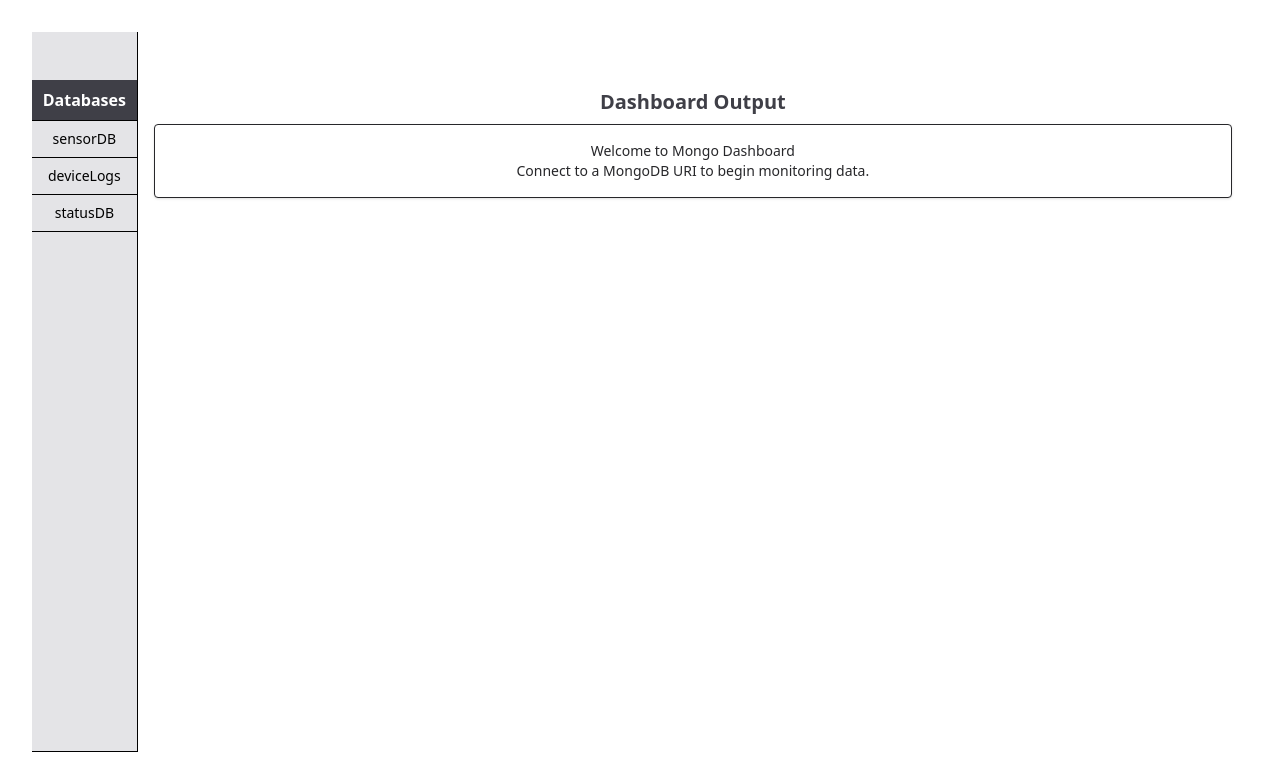
Repository: aryan151pratap/Dashboard
Page: / (app in frontened/)
An editor plug-in stored every save of this project. The page is shown before and after the next save, followed by the edit.
The browser window is 1280 px wide. The pictures show the whole page.
The project was rebuilt for these pictures with package versions that can differ from the ones it lists, and the page was loaded fresh each time. Also part of the build but not shown: frontened/vite.config.js, frontened/src/component/connect.jsx.

Above is the page before, as saved 2025-06-24 14:46:55.

After the next save:
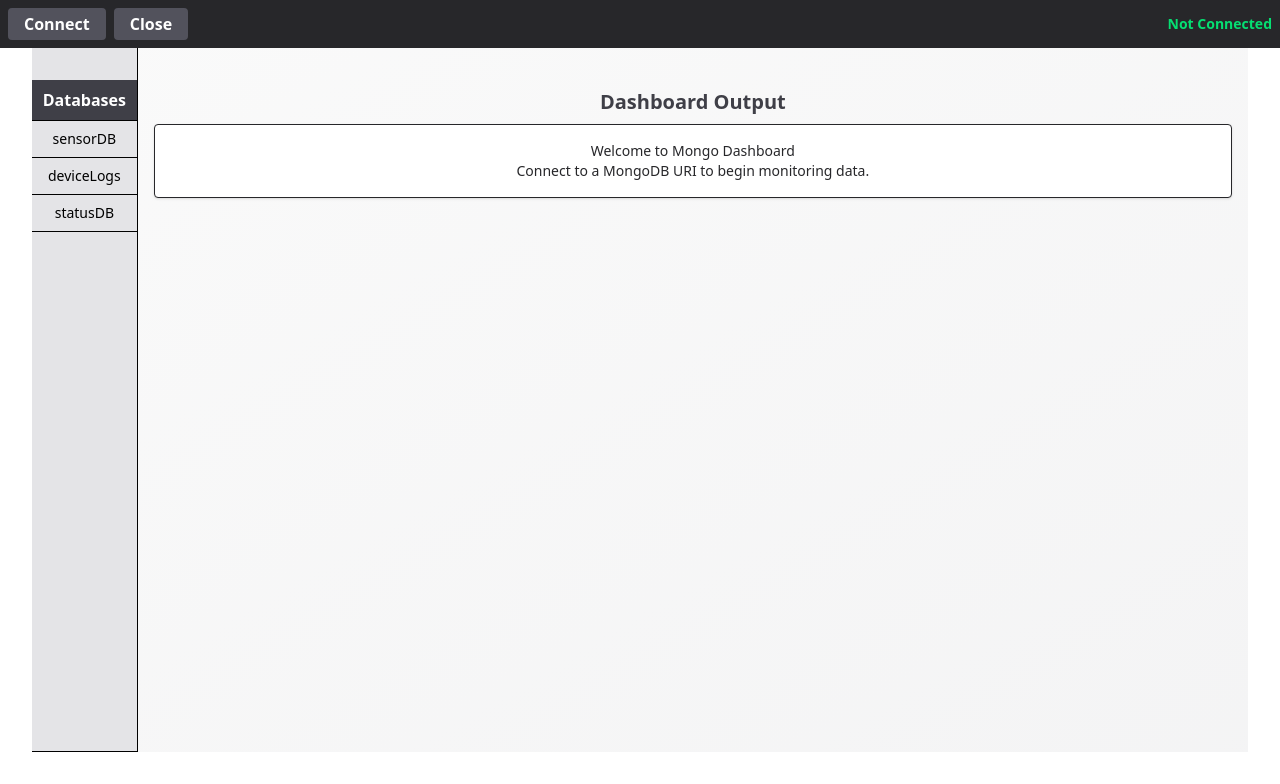
Saved 14 s later.
--- a/frontened/src/App.jsx
+++ b/frontened/src/App.jsx
@@ -1,13 +1,13 @@
 import { useState } from 'react'
 import './App.css'
-import Dashboard from './component/dashboard'
+import Page from './component/page'
 
 function App() {
 
   return (
     <>
     <div className='h-screen w-full'>
-      <Dashboard/>
+      <Page/>
     </div>
     </>
   )
--- a/frontened/src/component/dashboard.jsx
+++ b/frontened/src/component/dashboard.jsx
@@ -1,4 +1,3 @@
-
 import Left_bar from "./left_bar";
 import Right_bar from "./right_bar";
 
--- a/frontened/src/component/bar.jsx
+++ b/frontened/src/component/bar.jsx
@@ -1,7 +1,6 @@
 import { useState } from "react";
 import Connect from "./connect";
-import Left_bar from "./left_bar";
-import Right_bar from "./right_bar";
+import Dashboard from "./dashboard";
 
 function Bar() {
   const [buttons] = useState(["connect", "close"]);
@@ -29,6 +28,10 @@
 			</p>
 		</div>
 
+		<div>
+			<Dashboard/>
+		</div>
+
 
 
 		{showModal && (
